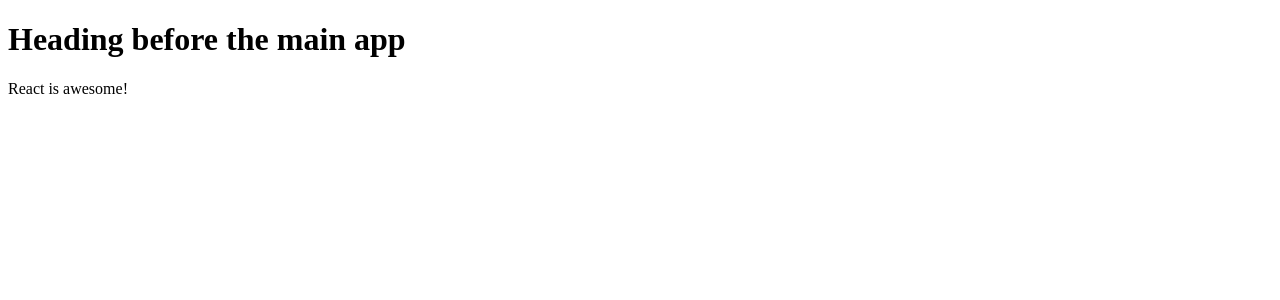
Repository: j1s00jang/frontend_bookstore
Page: /
An editor plug-in stored every save of this project. The page is shown before and after the next save, followed by the edit.
The browser window is 1280 px wide. The pictures show the whole page.
The project was rebuilt for these pictures with package versions that can differ from the ones it lists, and the page was loaded fresh each time. Also part of the build but not shown: vite.config.js, src/index.css.

Above is the page before, as saved 2025-09-08 15:35:29.

After the next save:
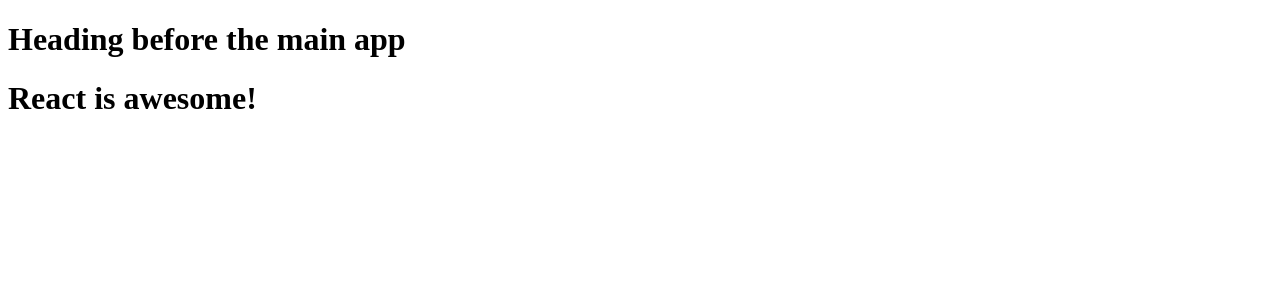
Saved 3 min 46 s later.
--- a/src/App.jsx
+++ b/src/App.jsx
@@ -1,5 +1,5 @@
 function App() {
-    return "React is awesome!";
+    return <h1>React is awesome!</h1>;
 }
 
 export default App;
